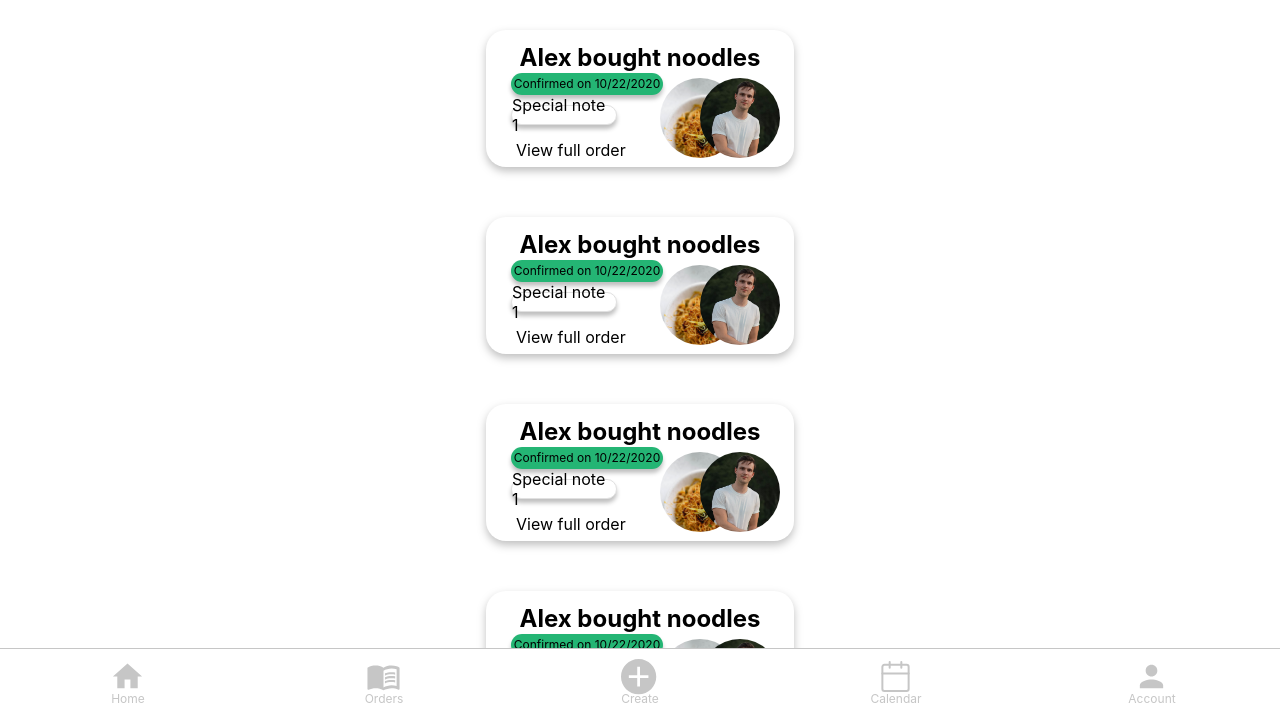
Repository: nguyenlejoe/HomeChef
Page: /ChefOrdersConfirmed (app in app/)
The author's editor kept a copy of each file at every save. The page is drawn from the files as they stood at one save, then again after the next save.
The browser window is 1280 px wide. The pictures show the whole page.
The project was rebuilt for these pictures with package versions that can differ from the ones it lists, and the page was loaded fresh each time. A package was used in the major version that the imports need, not the one package.json lists. Also part of the build but not shown: app/src/comps/MainButton/index.js, app/src/comps/NavBarGourmet/index.js, app/src/pages/ChefReview.js, app/src/App.scss, app/src/pages/CreateAccountChef/CreateAccountCheff.scss, app/src/comps/SignUp/index.js, app/src/comps/CreateAccount/index.js, app/src/pages/CreateAccountChef/index.js and 28 more.

Above is the page before, as saved 2020-11-09 01:46:48.

After the next save:
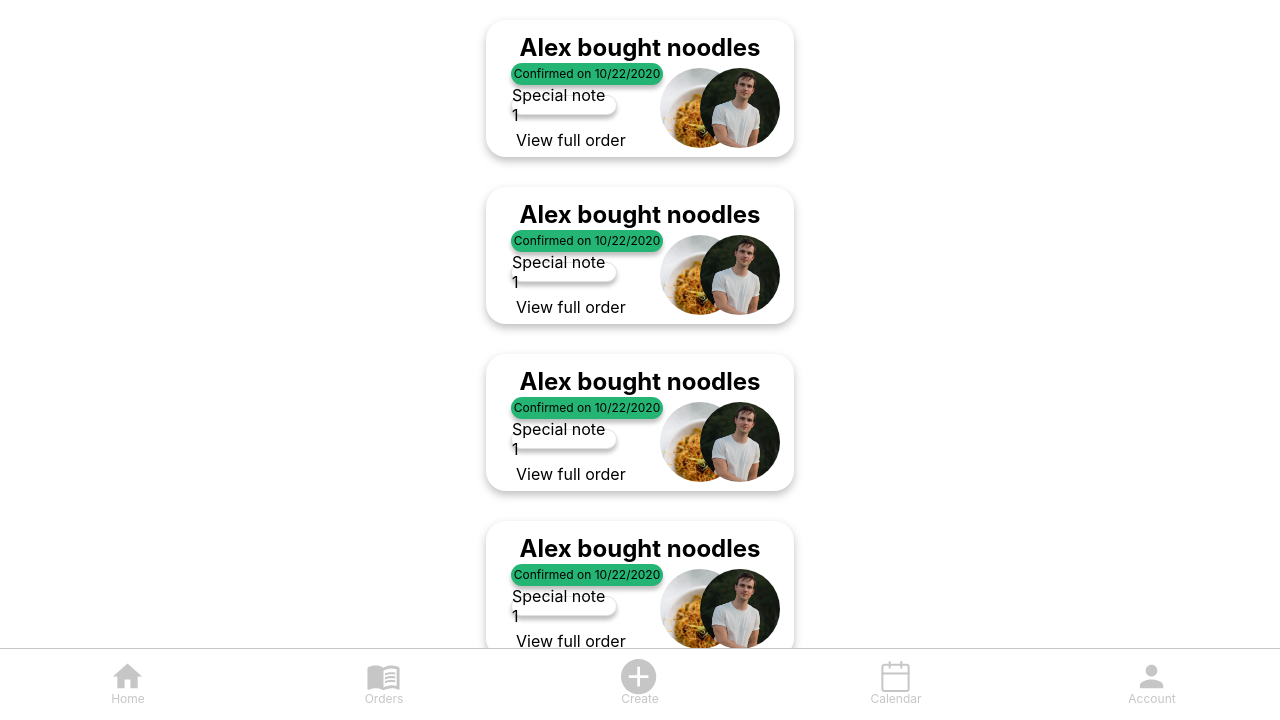
Saved 5 s later.
--- a/app/src/pages/ChefOrdersConfirmed/ChefOrdersConfirmed.scss
+++ b/app/src/pages/ChefOrdersConfirmed/ChefOrdersConfirmed.scss
@@ -17,7 +17,7 @@
 }
 
 .OrderSummary{
-    margin: 20px;
+    margin: 10px;
 }
 
 .Nav{
